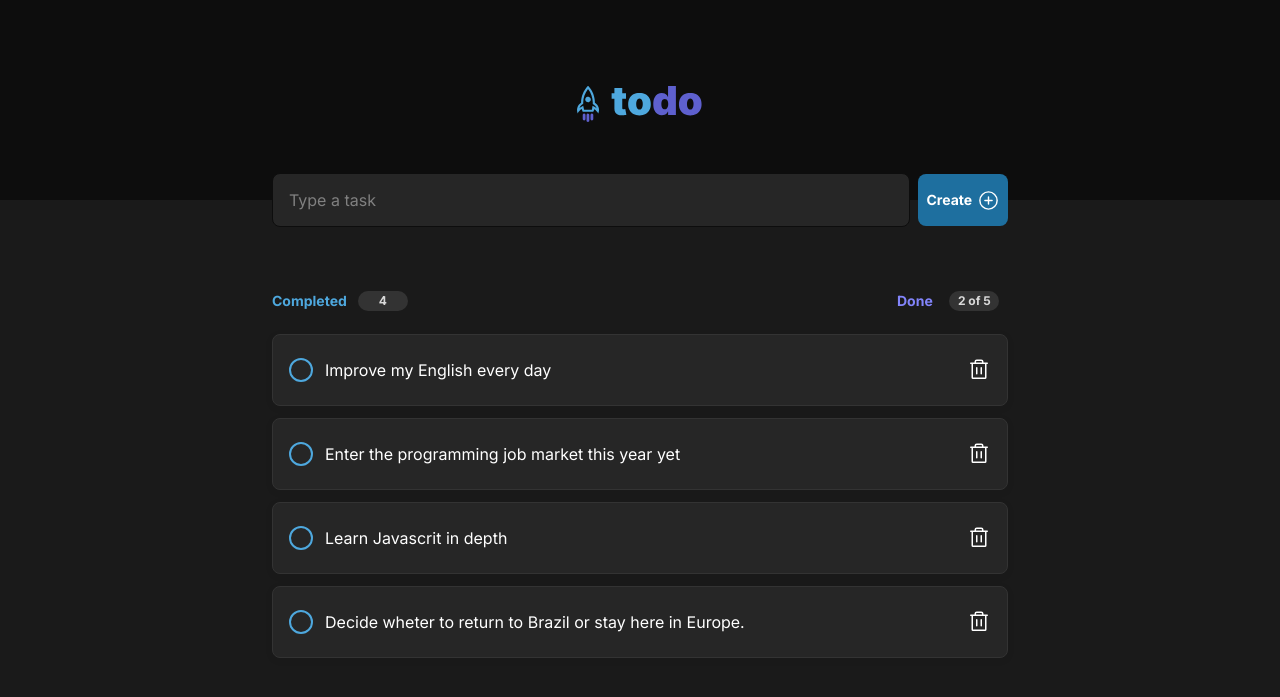
Repository: JoseGu1llardi/to-do-list-D01
Page: /
These files come from the project's save history. The page is drawn as it stood at one moment and after the next save; the edit follows.
The browser window is 1280 px wide. The pictures show the whole page.
The project was rebuilt for these pictures with package versions that can differ from the ones it lists, and the page was loaded fresh each time. Requests to the local data server were answered from the project's data file. Also part of the build but not shown: vite.config.ts.

Above is the page before, as saved 2023-03-12 22:58:48.

### index.html
<!DOCTYPE html>
<html lang="en">
  <head>
    <meta charset="UTF-8" />

    <link rel="preconnect" href="https://fonts.googleapis.com" />
    <link rel="preconnect" href="https://fonts.gstatic.com" crossorigin />

    <link
      href="https://fonts.googleapis.com/css2?family=Inter:wght@400;700&display=swap"
      rel="stylesheet"
    />

    <link rel="icon" type="image/svg+xml" href="/vite.svg" />
    <meta name="viewport" content="width=device-width, initial-scale=1.0" />
    <title>Vite + React + TS</title>
  </head>
  <body>
    <div id="root"></div>
    <script type="module" src="/src/main.tsx"></script>
  </body>
</html>

### src/App.tsx
import { TaskProvider } from './contexts/TaskContext';

import { Header } from "./components/Header";
import { Input } from "./components/Input";
import { Button } from "./components/Button";
import { TasksList } from "./components/TasksList";

import styles from './App.module.css';
import "./global.css";

function App() {
  return (
    <TaskProvider>
      <Header />

      <div className={styles.newTaskContainer}>
        <Input />
        <Button />
      </div>

      <div className={styles.tasksContainer}>
        <TasksList />
      </div>
    </TaskProvider>
  )
}

export default App

### src/contexts/TaskContext.tsx
import { useState, useEffect, createContext, ReactNode } from 'react';

import api from '../services/api';

export interface TaskType {
    id: number;
    content: string;
    status: boolean;
}

interface TaskProviderProps {
    children: ReactNode;
}

interface TaskConstextData {
    tasks: TaskType[];
    changeStatus: (id: number) => Promise<void>
}

export const TaskContext = createContext({} as TaskConstextData);

export function TaskProvider({ children }: TaskProviderProps) {
    const [tasks, setTasks] = useState<TaskType[]>([]);

    useEffect(() => {
        api.get("/tasks")
            .then(({ data }) => setTasks(data))
    }, []);

    async function changeStatus(id: number) {
        const taskUpdate = [...tasks];
        const taskIndex = tasks.findIndex(task => task.id === id);
        taskUpdate[taskIndex].status = !taskUpdate[taskIndex].status;

        try {
            api.put(`/tasks/${id}`, setTasks(taskUpdate))
        } catch (err) {
            console.log(err);
        }
    }

    return (
        <TaskContext.Provider value={{ tasks, changeStatus }}>
            {children}
        </TaskContext.Provider>
    )
}

### src/components/Header/index.tsx
import Logo from '../../assets/Logo (1).svg'

import styles from './styles.module.css';

export function Header() {
    return (
        <header className={styles.container}>
            <img src={Logo} />
        </header>
    )
}

### src/components/Input/index.tsx
import styles from './styles.module.css';

export function Input() {
    return (
        <input
            type="text"
            className={styles.input}
            placeholder='Type a task'
        />
    )
}

### src/components/Button/index.tsx
import { PlusCircle } from '@phosphor-icons/react'

import styles from './styles.module.css';

export function Button() {
    return (
        <button className={styles.button}>
            <span>Create</span>
            <PlusCircle size={23} />
        </button>
    )
}

### src/components/TasksList/index.tsx
import { useContext } from 'react';

import { TaskContext } from '../../contexts/TaskContext';

import { Task } from '../Task';

import Clipboard from '../../assets/Clipboard.svg';

import styles from './styles.module.css';

export function TasksList() {
    const { tasks } = useContext(TaskContext);

    return (
        <>
            <section className={styles.info}>

                <div className={styles.created}>
                    <span>Completed</span>
                    <div className={styles.counterCreated}>
                        <p>{tasks.length}</p>
                    </div>
                </div>

                <div className={styles.done}>
                    <span>Done</span>
                    <div className={styles.doneCreated}>
                        <span>2 of 5</span>
                    </div>
                </div>

            </section>

            {
                tasks.length === 0 ? (
                    <section className={styles.tasks}>
                        <img src={Clipboard} alt="" />
                        <strong>You don't have tasks registered yet!</strong>
                        <span>Create tasks and organize your to-do list</span>
                    </section>
                ) : (
                    <section className={styles.list}>
                        {
                            tasks.map((task) => (
                                <Task
                                    key={task.id}
                                    content={task.content}
                                    status={task.status}
                                    id={task.id} />
                            ))
                        }
                    </section>
                )
            }
        </>
    )
}

### src/App.module.css
.newTaskContainer {
  display: flex;
  flex-direction: row;
  align-items: center;
  padding: 0px;
  gap: 8px;

  position: absolute;
  width: 46rem;
  height: 3.375rem;
  left: calc(50% - 736px / 2);
  top: 10.8125rem;
}

.tasksContainer {
  display: flex;
  flex-direction: column;
  align-items: flex-start;
  padding: 0px;
  gap: 24px;

  position: absolute;
  width: 736px;
  height: 287px;
  left: calc(50% - 736px / 2);
  top: 291px;
}

### src/global.css
:root {
  // Base
  --gray-100: #f2f2f2;
  --gray-200: #d9d9d9;
  --gray-300: #808080;
  --gray-400: #333333;
  --gray-500: #262626;
  --gray-600: #1a1a1a;
  --gray-700: #0d0d0d;

  --danger: #e25858;

  // Product
  --purple: #8284fa;
  --dark-purple: #5e60ce;
  --blue: #4ea8de;
  --dark-blue: #1e6f9f;
}

* {
  margin: 0;
  padding: 0;
  box-sizing: border-box;
}

body {
  color: #fff;
  background: var(--gray-600);

  width: 100%;
  height: 100%;
  max-height: 1024px;
  position: relative;
}

body,
input,
textarea,
button {
  font-family: "Inter", sans-serif;
  font-weight: 400;
  font-size: 1rem;
}

### src/services/api.ts
import axios from 'axios';

const api = axios.create({
    baseURL: "http://localhost:3000"
});

export default api;

### src/components/Header/styles.module.css
.container {
  position: absolute;
  height: 12.5rem;
  max-width: 100%;
  left: 0;
  right: 0;
  top: 0;

  display: flex;
  align-items: center;
  justify-content: center;

  background: var(--gray-700);
}

.container img {
  position: absolute;
  width: 7.875rem;
  height: 3rem;
}

### src/components/Input/styles.module.css
.input {
  box-sizing: border-box;

  display: flex;
  flex-direction: row;
  align-items: center;
  padding: 16px;
  gap: 8px;

  width: 638px;
  height: 54px;

  background: var(--gray-500);
  color: #fff;

  border: 1px solid var(--gray-700);
  border-radius: 8px;

  flex: none;
  order: 0;
  flex-grow: 1;
}

.input:focus {
  outline: transparent;
  box-shadow: 0 0 0 2px var(--dark-purple);
}

.input::placeholder {
  color: var(--gray-300);
}

### src/components/Button/styles.module.css
.button {
  width: 90px;
  height: 52px;

  display: flex;
  flex-direction: row;
  align-items: center;
  justify-content: center;
  gap: 16px;

  border: 0;
  border-radius: 8px;

  background: var(--dark-blue);
  color: white;

  cursor: pointer;

  transition: filter 0.2s;
}

.button span {
  width: 34px;
  height: 20px;

  font-weight: 700;
  font-size: 14px;
  line-height: 140%;

  color: var(--gray-100);

  flex: none;
  order: 0;
  flex-grow: 0;
}

.button img {
  width: 16px;
  height: 16px;

  flex: none;
  order: 1;
  flex-grow: 0;
}

.button:hover {
  background: var(--blue);
  filter: brightness(0.8);
}

### src/components/Task/index.tsx
import { useState, useContext } from 'react';

import { TaskContext } from '../../contexts/TaskContext';

import { Trash } from '@phosphor-icons/react'

import styles from './styles.module.css';

interface TasksProps {
    id: number;
    content: string;
    status: boolean;
}[]

export function Task({ content, status, id }: TasksProps) {
    const [isChecked, setIsChecked] = useState(status);

    const { changeStatus } = useContext(TaskContext);

    function handleChangeStatus(id: number) {
        changeStatus(id);
    }

    return (
        <section className={styles.task}>
            <div>
                <input
                    id='checked'
                    type="checkbox"
                    onClick={() => handleChangeStatus(id)}
                />
                <span
                    className={isChecked ? styles.isChecked : ''}
                >
                    {content}
                </span>
            </div>
            <Trash size={20} />
        </section>
    )
}

### src/components/TasksList/styles.module.css
.info {
  display: flex;
  flex-direction: row;
  justify-content: space-between;
  align-items: flex-end;
  padding: 0px;

  width: 736px;
  height: 19px;

  flex: none;
  order: 0;
  align-self: stretch;
  flex-grow: 0;
}

.created {
  display: flex;
  flex-direction: row;
  align-items: center;
  padding: 0px;
  gap: 8px;

  width: 139px;
  height: 19px;

  order: 0;
  flex-grow: 0;
}

.created span {
  font-family: "Inter";
  font-style: normal;
  font-weight: 700;
  font-size: 14px;
  line-height: 17px;

  color: var(--blue);

  flex: none;
  order: 0;
  flex-grow: 0;
}

.counterCreated {
  display: flex;
  flex-direction: row;
  justify-content: center;
  align-items: center;
  padding: 2px 8px;
  gap: 10px;
  margin: 0 auto;

  width: 50px;
  height: 20px;

  background: #333333;
  border-radius: 999px;

  order: 1;
  flex-grow: 0;
}

.counterCreated p {
  display: flex;
  flex-direction: row;
  font-style: normal;
  font-weight: 700;
  font-size: 12px;
  line-height: 15px;

  color: var(--gray-200);
}

.done {
  display: flex;
  box-sizing: border-box;
  flex-direction: row;
  align-items: center;
  padding: 0px;
  gap: 8px;

  width: 111px;
  height: 19px;

  order: 1;
  flex-grow: 0;
}

.done span {
  font-family: "Inter";
  font-style: normal;
  font-weight: 700;
  font-size: 14px;
  line-height: 17px;

  color: #8284fa;

  flex: none;
  order: 0;
  flex-grow: 0;
}

.doneCreated {
  display: flex;
  flex-direction: row;
  justify-content: center;
  box-sizing: border-box;
  align-items: center;
  padding: 2px 8px;
  gap: 10px;
  margin: 0 auto;

  width: 50px;
  height: 20px;

  background: #333333;
  border-radius: 999px;

  order: 1;
  flex-grow: 0;
}

.doneCreated span {
  display: flex;
  flex-direction: row;
  font-style: normal;
  font-weight: 700;
  font-size: 12px;
  line-height: 15px;

  color: var(--gray-200);
}

.tasks {
  box-sizing: border-box;

  display: flex;
  flex-direction: column;
  justify-content: center;
  align-items: center;
  padding: 64px 24px;
  gap: 16px;

  width: 736px;
  height: 244px;

  border-top: 1px solid #333333;
  border-radius: 8px;

  flex: none;
  order: 1;
  align-self: stretch;
  flex-grow: 0;
}

.tasks img {
  width: 56px;
  height: 56px;

  flex: none;
  order: 0;
  flex-grow: 0;
}

.tasks strong {
  display: block;
  font-style: normal;
  font-weight: 700;
  font-size: 16px;

  text-align: center;

  color: var(--gray-300);

  flex: none;
  align-self: stretch;
  flex-grow: 0;
}

.tasks span {
  font-style: normal;
  font-weight: 300;
  font-size: 16px;

  color: var(--gray-300);
}

.list {
  display: flex;
  flex-direction: column;
  align-items: flex-start;
  padding: 0px;
  gap: 12px;

  width: 736px;
  height: 382px;

  /* Inside auto layout */

  flex: none;
  order: 1;
  flex-grow: 0;
}

### src/components/Task/styles.module.css
.task {
  box-sizing: border-box;

  display: flex;
  flex-direction: row;
  align-items: center;
  flex-direction: row;
  justify-content: space-between;
  padding: 16px;
  gap: 12px;

  width: 736px;
  height: 72px;

  /* Gray 500 */

  background: #262626;
  /* Gray 400 */

  border: 1px solid #333333;
  box-shadow: 0px 2px 8px rgba(0, 0, 0, 0.06);
  border-radius: 8px;

  flex: none;
  order: 0;
  align-self: stretch;
  flex-grow: 0;
}

.task div {
  display: flex;
  flex-direction: row;
  align-items: center;
  flex-direction: row;
  gap: 12px;
}

.isChecked {
  text-decoration: line-through;
}

.task input[type="checkbox"] {
  -webkit-appearance: none;
  -moz-appearance: none;

  width: 24px;
  height: 24px;

  border: 2px solid var(--blue);
  border-radius: 50%;
  outline: none;

  background-color: transparent;
  background-position: center;
  background-repeat: no-repeat;

  cursor: pointer;

  flex: none;
  order: 0;
  flex-grow: 0;
}

.task input[type="checkbox"]:checked {
  width: 24px;
  height: 24px;

  transition-duration: all 1s ease;

  border: none;
  background-image: url("./../../assets/Layer 1.svg");
}

.task svg {
  display: flex;
  float: right;
  width: 24px;
  height: 24px;

  border-radius: 4px;

  flex: none;
  order: 2;
  flex-grow: 0;
}

.task svg:hover {
  background: #333333;
  border-radius: 4px;

  color: var(--danger);

  flex: none;
  order: 1;
  flex-grow: 0;

  cursor: pointer;
}

### src/db.json
{
  "tasks": [
    {
      "id": 1,
      "content": "Improve my English every day",
      "status": false
    },
    {
      "id": 2,
      "content": "Enter the programming job market this year yet",
      "status": false
    },
    {
      "id": 3,
      "content": "Learn Javascrit in depth",
      "status": false
    },
    {
      "id": 4,
      "content": "Decide wheter to return to Brazil or stay here in Europe.",
      "status": false
    }
  ]
}

Loaded but not shown: src/main.tsx (common file)

After the next save:
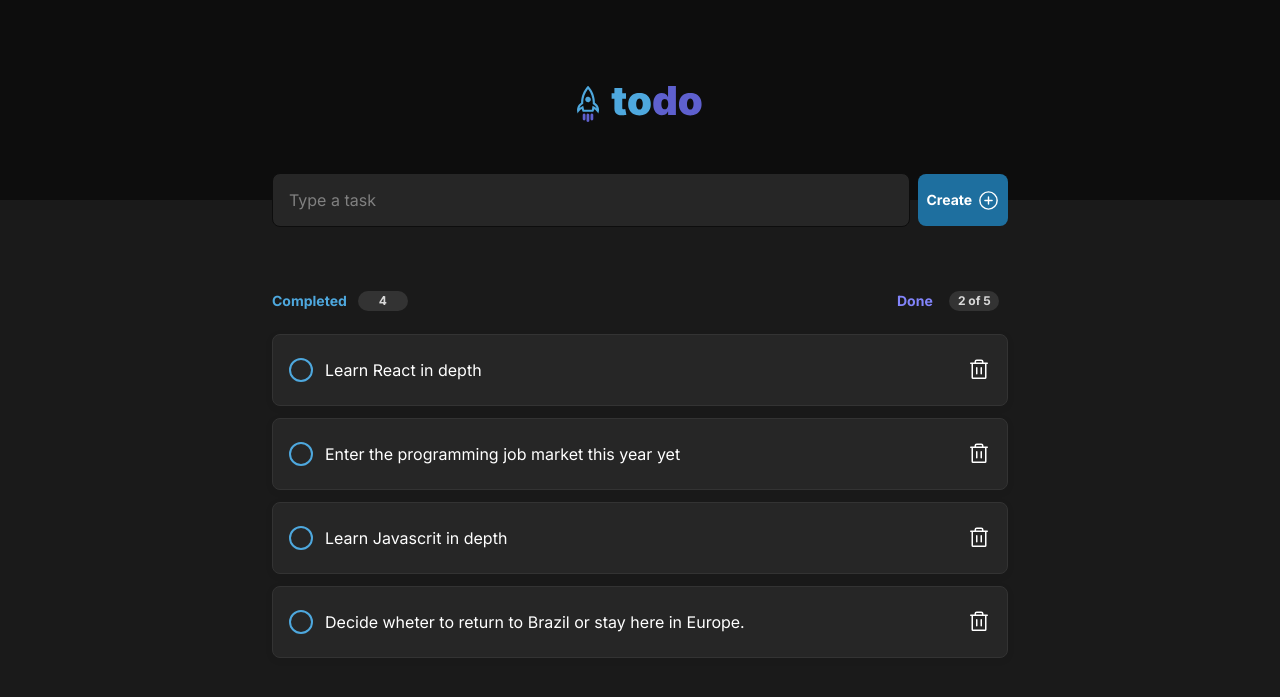
Saved 3 min 56 s later.
--- a/src/db.json
+++ b/src/db.json
@@ -2,8 +2,7 @@
   "tasks": [
     {
       "id": 1,
-      "content": "Improve my English every day",
-      "status": false
+      "content": "Learn React in depth"
     },
     {
       "id": 2,
